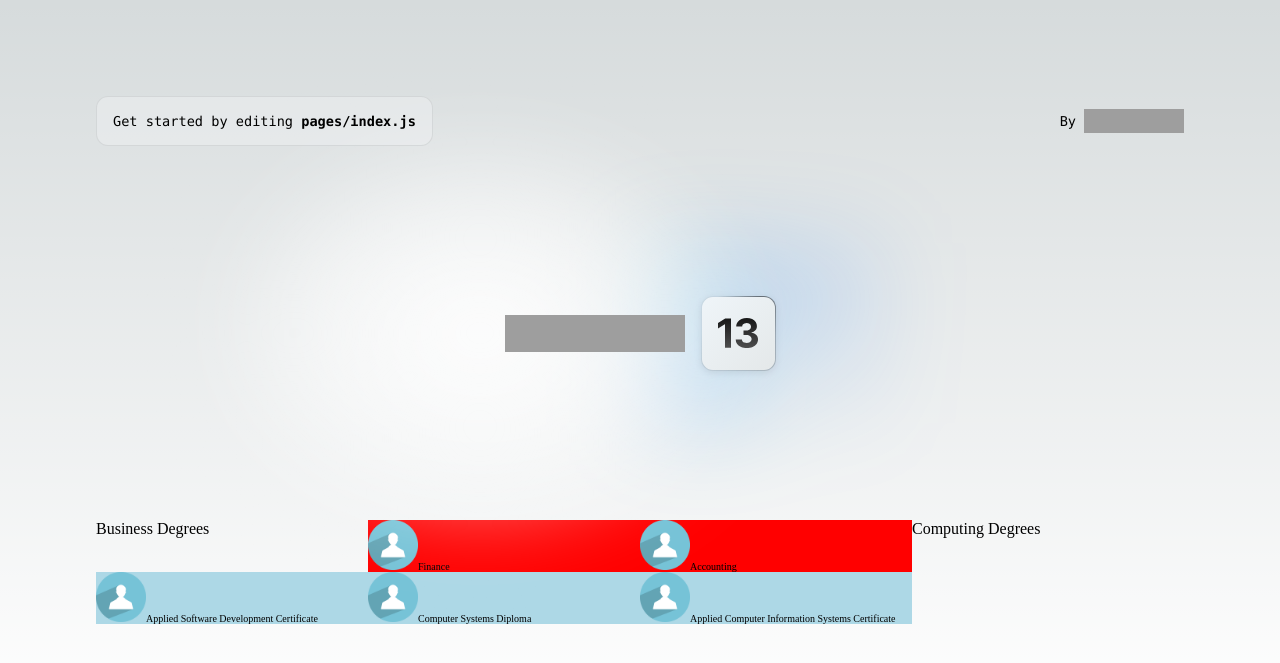
Repository: TeoEstrada9/Week-3-example
Page: /
An editor plug-in stored every save of this project. The page is shown before and after the next save, followed by the edit.
The browser window is 1280 px wide. The pictures show the whole page.
Pictures or frames that could not be fetched are drawn as grey boxes. The project was rebuilt for these pictures with package versions that can differ from the ones it lists, and the page was loaded fresh each time. The framework's server and built-in components were replaced by stand-ins that run in the browser. Also part of the build but not shown: next.config.js.

Above is the page before, as saved 2023-01-16 11:27:44.

### pages/index.js
import Head from 'next/head'
import Image from 'next/image'
import { Inter } from '@next/font/google'
import styles from '@/styles/Home.module.css'
import data from '../Data/education.json'
import { useState } from 'react'
import Card from '../Components/Card'

const inter = Inter({ subsets: ['latin'] })

export default function Home() {

  console.log(data);
  const [information, setInformation] = useState([...data])



  return (
    <>
      <Head>
        <title>Create Next App</title>
        <meta name="description" content="Generated by create next app" />
        <meta name="viewport" content="width=device-width, initial-scale=1" />
        <link rel="icon" href="/favicon.ico" />
      </Head>
      <main className={styles.main}>
        <div className={styles.description}>
          <p>
            Get started by editing&nbsp;
            <code className={styles.code}>pages/index.js</code>
          </p>
          <div>
            <a
              href="https://vercel.com?utm_source=create-next-app&utm_medium=default-template&utm_campaign=create-next-app"
              target="_blank"
              rel="noopener noreferrer"
            >
              By{' '}
              <Image
                src="/vercel.svg"
                alt="Vercel Logo"
                className={styles.vercelLogo}
                width={100}
                height={24}
                priority
              />
            </a>
          </div>
        </div>

        <div className={styles.center}>
          <Image
            className={styles.logo}
            src="/next.svg"
            alt="Next.js Logo"
            width={180}
            height={37}
            priority
          />
          <div className={styles.thirteen}>
            <Image
              src="/thirteen.svg"
              alt="13"
              width={40}
              height={31}
              priority
            />
          </div>
        </div>

        <div className={styles.grid}>
          <div>Business Degrees</div>
          {information && information.map((info, index) => {
            if(info.department === "Business")
            return(
              <Card key={index} degree={info.degree} colour="red" font="10px"/>
            )

          })}

        <div>Computing Degrees</div>
          {information && information.map((info, index) => {
            if(info.department === "Computing")
            return(
              <Card key={index} degree={info.degree} colour="lightblue" font="10px"/>
            )

          })}

        </div>
      </main>
    </>
  )
}

### Data/education.json
[
        {
            "studentNumber": "A0004567",
            "firstName": "Person 1",
            "gpa": 3.8,
            "department": "Business",
            "degree": "Finance",
            "graduted": 2014
        },
        {
            "studentNumber": "A0001234",
            "firstName": "Person 2",
            "gpa": 3.5,
            "department": "Business",
            "degree": "Accounting",
            "graduted": 2010
        },
        {
            "studentNumber": "A0007890",
            "firstName": "Person 3",
            "gpa": 3.2,
            "department": "Computing",
            "degree": "Applied Software Development Certificate",
            "graduted": 2018
        },
        {
            "studentNumber": "A0007828",
            "firstName": "Person 4",
            "gpa": 3.9,
            "department": "Computing",
            "degree": "Computer Systems Diploma",
            "graduted": 2021
        },
        {
            "studentNumber": "A0003425",
            "firstName": "Person 5",
            "gpa": 3.2,
            "department": "Computing",
            "degree": "Applied Computer Information Systems Certificate",
            "graduted": 2021
        }
]

### Components/Card/index.js
export default function Card({
    degree = "none",
    colour = "purple",
    font = "0",
    image = "icon/personTwo.png"
}) {
    return (
        <div style={{backgroundColor: colour, fontSize: font}}>
            {
                colour === "red" ? <img src={'icon/person.png'}width="50"/> :
                colour === "blue" ? <img src={'icon/personThree.png'}width="50"/> :
                                    <img src={'icon/person.png'}width="50"/>
            }
            {degree}

        </div>
    )
}

Loaded but not shown: pages/_app.js (common file); pages/_document.js (common file); styles/globals.css (common file); styles/Home.module.css (common file)

After the next save:
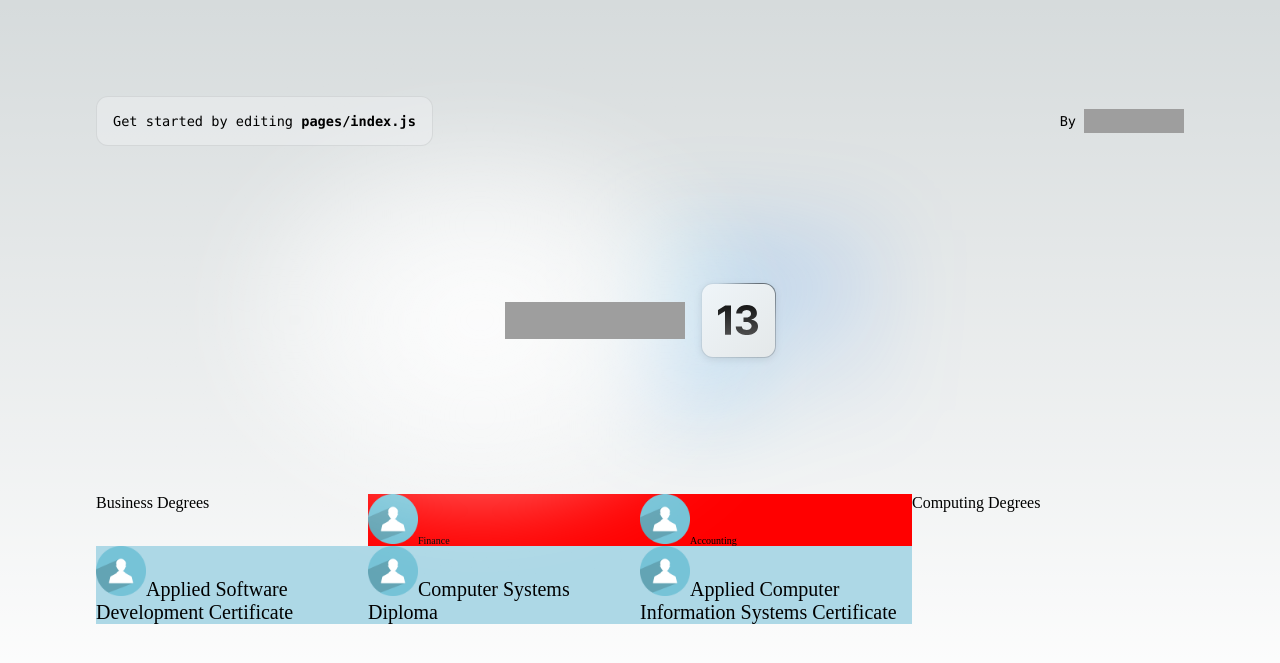
Saved 12 s later.
--- a/pages/index.js
+++ b/pages/index.js
@@ -82,7 +82,7 @@ export default function Home() {
           {information && information.map((info, index) => {
             if(info.department === "Computing")
             return(
-              <Card key={index} degree={info.degree} colour="lightblue" font="10px"/>
+              <Card key={index} degree={info.degree} colour="lightblue" font="20px"/>
             )
 
           })}
